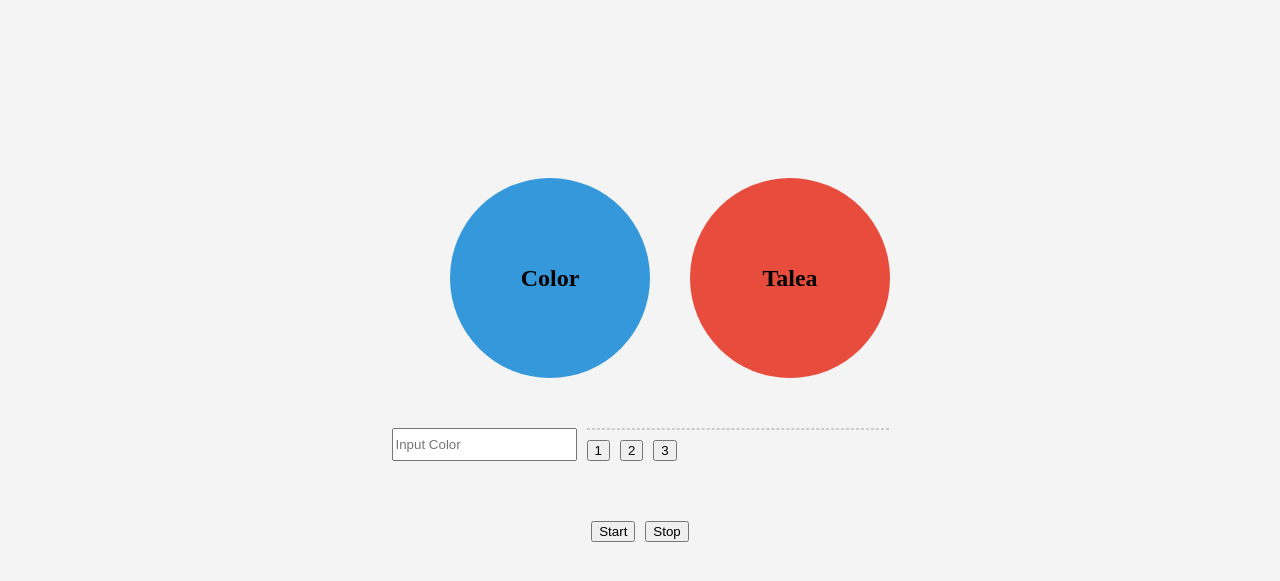
Repository: boshi-an/Isorhythm
Page: .vscode/Isorhythm/index.html
These files come from the project's save history. The page is drawn as it stood at one moment and after the next save; the edit follows.
The browser window is 1280 px wide. The pictures show the whole page.

Above is the page before, as saved 2023-10-18 23:30:53.

After the next save:
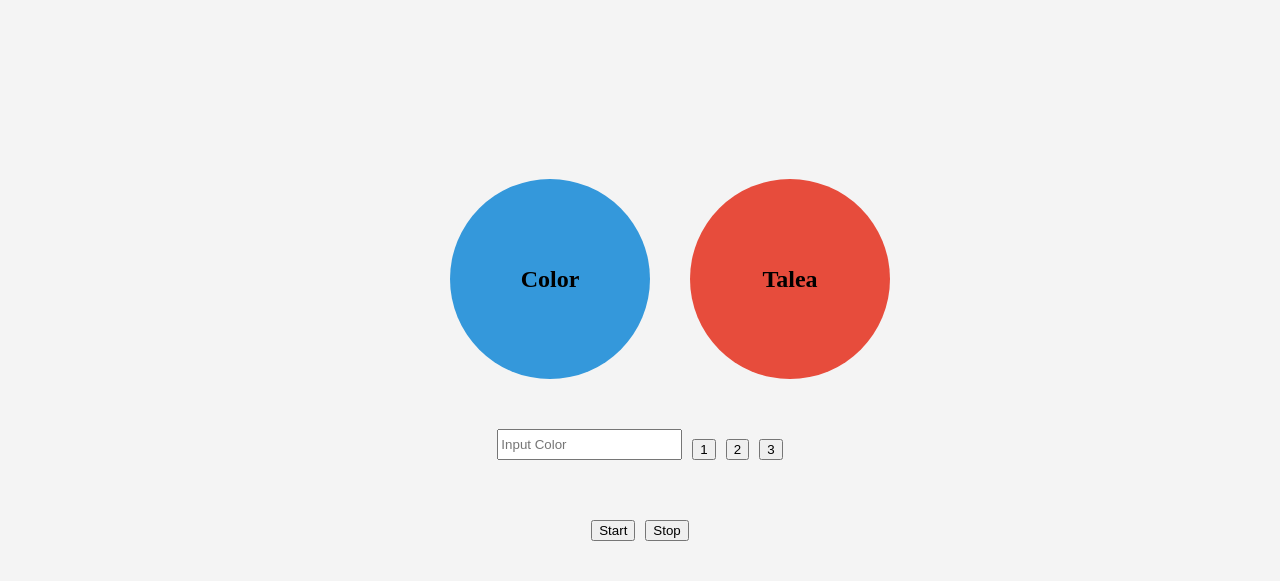
Saved 86 s later.
--- a/.vscode/Isorhythm/styles.css
+++ b/.vscode/Isorhythm/styles.css
@@ -110,7 +110,7 @@ body {
     background-color: #e74c3c;
 }
 
-#imageArea {
+.imageArea {
     width: 300px;
     height: auto;
     border: 1px dashed #ccc;
@@ -119,7 +119,7 @@ body {
     align-items: center;
 }
 
-#imageArea img {
+.imageArea img {
     max-width: 6%;
     margin: 5px;
 }

After the save that followed:
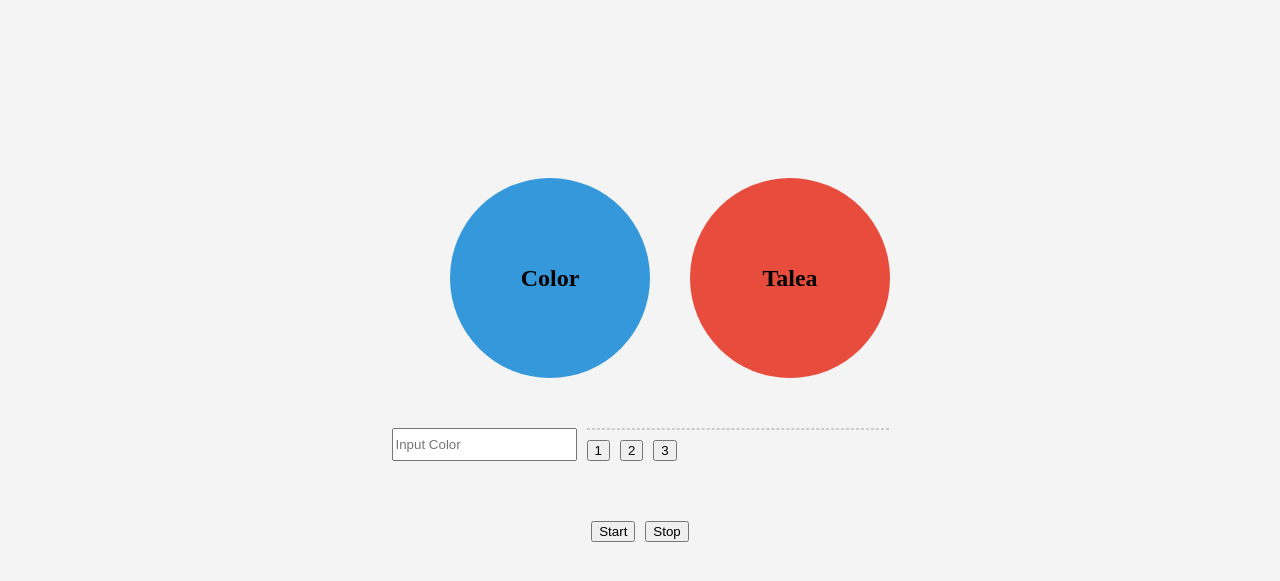
Saved 15 s later.
--- a/.vscode/Isorhythm/index.html
+++ b/.vscode/Isorhythm/index.html
@@ -20,7 +20,7 @@
     <div class="inputContainer">
         <input type="text" id="input1" placeholder="Input Color">
         <div class="taleaInputContainer">
-            <div id="imageArea"></div>
+            <div class="imageArea" id="noteInputBox"></div>
             <!-- <div class="taleaInputBox">
                 <input type="text" id="input2" placeholder="Input Talea" disabled>
             </div> -->
